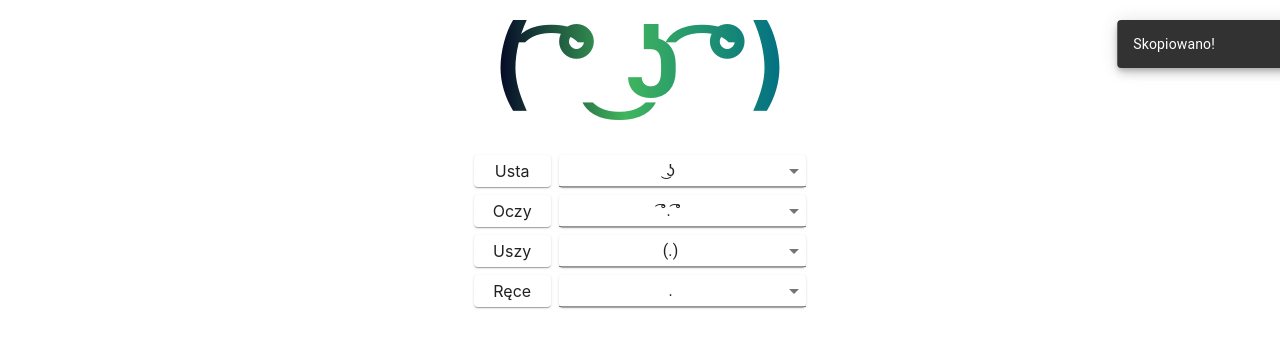
Repository: ogigg/react-Lenny-generator
Page: / (app in lenny-generator/)
These files come from the project's save history. The page is drawn as it stood at one moment and after the next save; the edit follows.
The browser window is 1280 px wide. The pictures show the whole page.
The project was rebuilt for these pictures with package versions that can differ from the ones it lists, and the page was loaded fresh each time.

Above is the page before, as saved 2019-12-12 23:56:01.

### lenny-generator/src/App.js
import React, { Component } from "react";
import Button from "@material-ui/core/Button"
import './App.css';
import Lenny from './lennyComponent'
import Paper from '@material-ui/core/Paper';
import Grid from '@material-ui/core/Grid';
import MenuItem from '@material-ui/core/MenuItem';
import Select from '@material-ui/core/Select';
import { SnackbarProvider, useSnackbar } from 'notistack';

class App extends Component {
  constructor(props) {
    super(props);
    this.state = {
      lennyFace : "( ͡° ͜ʖ ͡°)",
      lennyMouth: ' ͜ʖ',
      lennyEyes: ' ͡°. ͡°',
      lennyHands: '.',
      lennyOuter: '(.)'
    };
  }

  lennyMouthList = [' ഌ',' ͜ʖ','  ͟ʖ','v',' ෴','o','_','-,-','+','*','Ꮂ','⏏','‿','Д']
  lennyEyesList = ['*.*',' ͡°. ͡°','°.°','ಠ.ಠ','•.•','｡•.•｡','＾.＾','^.^','ﾟ.ﾟ']
  lennyHandsList = ['.','\\./','-.-','>=.=<','~.~','/./','づ.づ','[̲̅$̲̅(̲̅.)̲̅$̲̅]','ᕦ.ᕥ','乁.ㄏ','٩.۶','ლ.ლ']
  lennyOuterList = ['.','[.]','q.p','(.)','<.>','!.!','ᔑ.ᔐ']



  handleChange = (event) =>{
    this.setState({lennyMouth: event.target.value},this.updateLenny);
  }

  updateLenny = () =>{
    this.setState({
      lennyFace: this.state.lennyHands.split('.')[0]+
      this.state.lennyOuter.split('.')[0]+
      this.state.lennyEyes.split('.')[0]+
      this.state.lennyMouth+
      this.state.lennyEyes.split('.')[1]+
      this.state.lennyOuter.split('.')[1]+
      this.state.lennyHands.split('.')[1]
    })
  }
  MenuItemList = (list) =>{
    return(
      list.map((item) =>
      <MenuItem value={item}>
        {item}
      </MenuItem>
  ));

  }


  render(){
  return (
    <div>
      <SnackbarProvider maxSnack={5} anchorOrigin={{vertical: 'top',horizontal: 'right',}} autoHideDuration='800'>
      <Lenny lenny={this.state.lennyFace}/>
      </SnackbarProvider>
      <div className="menu-wrapper">
        <Grid container spacing={1} alignItems={'center'}>
          <Grid container item spacing={1}>
            <Grid item xs={3}>
              <Paper className="menu-label" >Usta</Paper>
            </Grid>
            <Grid item xs={9}>
              <Paper>
                <Select
                  className="select"
                  id="lennyMouth"
                  value={this.state.lennyMouth}
                  onChange={(event) => {this.setState({lennyMouth: event.target.value},this.updateLenny);}}
                >
                {this.MenuItemList(this.lennyMouthList)}
                </Select>
              </Paper>
            </Grid>
          </Grid>
          <Grid container item spacing={1}>
            <Grid item xs={3}>
              <Paper className="menu-label" >Oczy</Paper>
            </Grid>
            <Grid item xs={9}>
              <Paper>
                <Select
                  className="select"
                  id="lennyEyes"
                  value={this.state.lennyEyes}
                  onChange={(event) => {this.setState({lennyEyes: event.target.value},this.updateLenny);}}
                >
                {this.MenuItemList(this.lennyEyesList)}
                </Select>
              </Paper>
            </Grid>
          </Grid>
          <Grid container item spacing={1}>
            <Grid item xs={3}>
              <Paper className="menu-label">Uszy</Paper>
            </Grid>
            <Grid item xs={9}>
              <Paper>
                <Select
                  className="select"
                  id="lennyOuter"
                  value={this.state.lennyOuter}
                  onChange={(event) => {this.setState({lennyOuter: event.target.value},this.updateLenny);}}
                >
                {this.MenuItemList(this.lennyOuterList)}
                </Select>
              </Paper>
            </Grid>
          </Grid>
          <Grid container item spacing={1}>
            <Grid item xs={3}>
              <Paper className="menu-label">Ręce</Paper>
            </Grid>
            <Grid item xs={9}>
              <Paper>
                <Select
                  className="select"
                  id="lennyHands"
                  value={this.state.lennyHands}
                  onChange={(event) => {this.setState({lennyHands: event.target.value},this.updateLenny);}}
                >
                {this.MenuItemList(this.lennyHandsList)}
                </Select>
              </Paper>
            </Grid>
          </Grid>
        </Grid>
      </div>

    </div>

  );
  }
}

export default App;

### lenny-generator/src/App.css
.menu-wrapper{
  /* background-color: aquamarine; */
  height: 20vh;
  align-self: center;
  display: flex;
  align-items: center;
  justify-content: center;
  margin: 2%;
  padding: 1% 35%;
  text-align-last:center;
}

.menu{
  justify-content: center;
  align-items: center;
  display: flex;
}
.menu-label{
  height: 100%;
  justify-content: center;
  align-items: center;
  display: flex;
}

.select{
  height: 100%;
  width: 100%;
  text-align-last:center;
  justify-content: center;
}

### lenny-generator/src/lennyComponent.jsx
import React, { Component } from 'react';
import './lennyComponent.css'
import Snackbar from '@material-ui/core/Snackbar';
import { SnackbarProvider, useSnackbar } from 'notistack';
import { withSnackbar } from 'notistack';

class Lenny extends Component {
    constructor(props) {
        super(props);
        this.state = {
            open: false,
            vertical: 'top',
            horizontal: 'center',
          };
    }
    componentDidMount=()=>{
        this.props.enqueueSnackbar('Skopiowano!');
    }
    //enqueueSnackbar = useSnackbar();
    handleClick=()=>{
        this.copyToClipboard();
        this.props.enqueueSnackbar('Skopiowano!',{variant: 'success',},
        {anchorOrigin: {vertical: 'top',horizontal: 'right',}});
    }

    copyToClipboard = () =>{
        const el = document.createElement('textarea');
        el.value = this.props.lenny;
        el.setAttribute('readonly', '');
        el.style.position = 'absolute';
        el.style.left = '-9999px';
        document.body.appendChild(el);
        el.select();
        document.execCommand('copy');
        document.body.removeChild(el);
    }
  render() {
    return(
        <div className="lenny-wrapper">
            <div className="lenny" onClick={this.handleClick}>

                {this.props.lenny}
            </div>
        </div>
    );
  }
}


export default withSnackbar(Lenny);

### lenny-generator/src/lennyComponent.css
.lenny{
    font-size: 100px;
    background: rgb(2,0,36);
    background: linear-gradient(90deg, rgba(2,0,36,1) 0%, rgba(64,181,93,1) 45%, rgba(0,110,133,1) 100%);
    -webkit-background-clip: text;
    -webkit-text-fill-color: transparent;
    display: flex;
    justify-content: center;
    font-weight: bold;
}

.lenny-wrapper{
    display: flex;
    justify-content: center;
    /* disable selection */
    -webkit-user-select: none;
    -moz-user-select: none;
    -ms-user-select: none;
    user-select: none;
}

Loaded but not shown: lenny-generator/public/index.html (common file); lenny-generator/src/index.js (common file); lenny-generator/src/index.css (common file); lenny-generator/src/serviceWorker.js (common file)

After the next save:
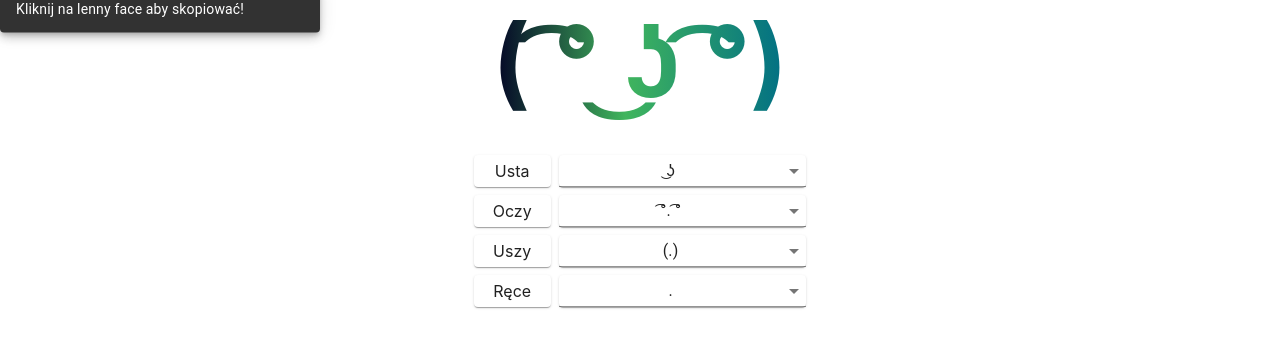
Saved 29 s later.
--- a/lenny-generator/src/lennyComponent.jsx
+++ b/lenny-generator/src/lennyComponent.jsx
@@ -14,7 +14,7 @@
           };
     }
     componentDidMount=()=>{
-        this.props.enqueueSnackbar('Skopiowano!');
+        this.props.enqueueSnackbar('Kliknij na lenny face aby skopiować!',{anchorOrigin: {vertical: 'top',horizontal: 'top',}});
     }
     //enqueueSnackbar = useSnackbar();
     handleClick=()=>{
